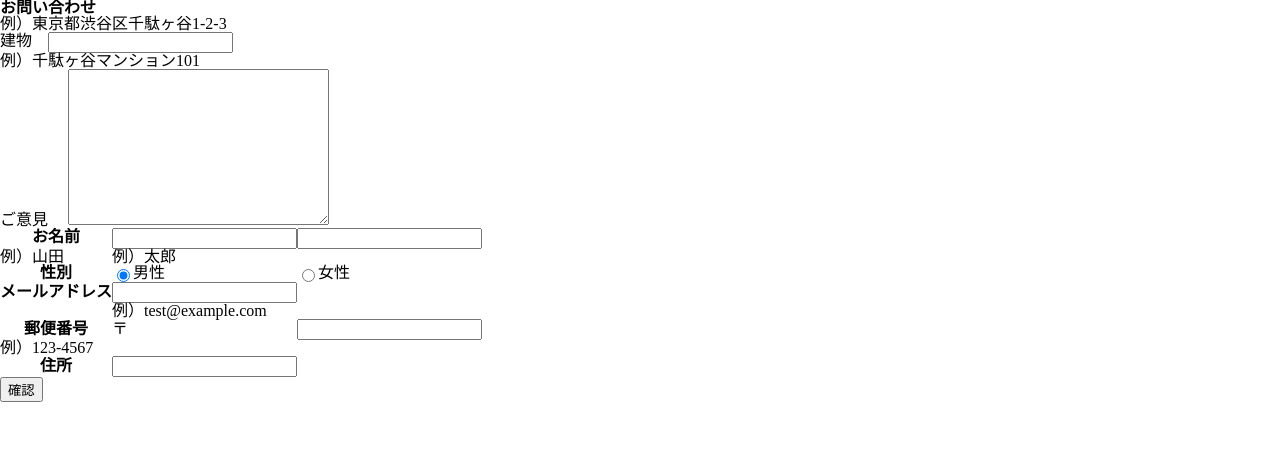
Repository: 1000sky/20220728majima
Page: http://localhost/contact
The author's editor kept a copy of each file at every save. The page is drawn from the files as they stood at one save, then again after the next save.
The browser window is 1280 px wide. The pictures show the whole page.
The page is served by the project's Laravel application, run on PHP 8.4 with Laravel 8. Other server files are loaded and not shown. Queries for data that is not in the repository find no rows.

Above is the page before, as saved 2022-07-28 00:01:34.

### advance-test/routes/web.php
<?php

use Illuminate\Support\Facades\Route;
use App\Http\Controllers\ContactController;

/*
|--------------------------------------------------------------------------
| Web Routes
|--------------------------------------------------------------------------
|
| Here is where you can register web routes for your application. These
| routes are loaded by the RouteServiceProvider within a group which
| contains the "web" middleware group. Now create something great!
|
*/

/*Route::get('/', function () {
    return view('welcome');
});*/

Route::get('/', [ContactController::class, 'index']);
Route::post('/', [ContactController::class, 'post']);

Route::get('/contact', [ContactController::class, 'contact']);
Route::post('/create', [ContactController::class, 'create']);


Route::get('/confirmation',[ContactController::class, 'confirmation']);

Route::get('/management', [ContactController::class, 'page']);

### advance-test/app/Http/Controllers/ContactController.php
<?php

namespace App\Http\Controllers;

use Illuminate\Http\Request;
use App\Http\Requests\ClientRequest;
use App\Models\Contact;

class ContactController extends Controller
{
    public function index(Request $request)
    {
        return view('contact');
    }

    public function post(ClientRequest $request)
    {
        return view('contact');
    }

    public function contact()
    {
        $items = Contact::all();
        return view('contact', ['items' => $items]);
    }

    public function create(Request $request)
    {
        $this->validate($request, Contact::$rules);
        $form = $request->all();
        Contact::create($form);
        return redirect('/create');
    }


    //confirmation
    public function confirmation()
    {
        $items = Contact::all();
        return view('confirmation', ['items' => $items]);
    }

    //management
    public function management()
    {
        $items = Contact::all();
        return view('management', ['items' => $items]);
    }
    public function search(Request $request)
    {
        $item = Contact::where('name','gender','created_at','LIKE BINARY',"%{$request->input}%")->get();
        $param = [
            'input' => $request->input,
            'item' => $item
        ];
        return view('management', $param);
    }

    public function page()
    {
        $items = Contact::Paginate(10);
        return view('management', ['items' => $items]);
    }

}

### advance-test/app/Models/Contact.php
<?php

namespace App\Models;

use Illuminate\Database\Eloquent\Factories\HasFactory;
use Illuminate\Database\Eloquent\Model;

class Contact extends Model
{
    use HasFactory;

    protected $fillable = ['fullname', 'gender', 'email','postcode','address','building_name','opinion'];

    public static $rules = array(
        'fullname' => 'required',
        'gender' => 'required',
        'email' => 'required|email',
        'postcode' => 'required|max:8|/^[a-zA-Z0-9\-]+$/u',
        'address' => 'required|regex:/^[a-zA-Z0-9]+$/',
        'building-name' => 'regex:/^[a-zA-Z0-9]+$/',
        'opinion' => 'required|max:120',
    );
}

### advance-test/resources/views/contact.blade.php
<!DOCTYPE html>
<html lang="ja">
<head>
    <meta charset="UTF-8">
    <meta name="viewport" content="width=device-width, initial-scale=1.0">
    <meta http-equiv="X-UA-Compatible" content="ie=edge">
    <title>Advance-Test</title>
    <link rel="stylesheet" href="css/reset.css" />
    <link rel="stylesheet" href="css/contact.css" />
</head>
<body>
    <h1>お問い合わせ</h1>

    @if (count($errors) > 0)
    <ul>
      @foreach ($errors->all() as $error)
        <li>{{$error}}</li>
      @endforeach
    </ul>
    @endif

    <form action="/create" method="POST">

      <table>
        @csrf
        <tr>
           <th><label>お名前</label></th>

           <td><input type="text" name="fullname"></td><td><input type="text" name="fullname"></td>
        </tr>
        <tr>
           <td><p>例）山田</p></td> <td><p>例）太郎</p></td>
        </tr>

        @if ($errors->has('fullname'))
        <tr>
          <th>ERROR</th>
          <td>
            {{$errors->first('fullname')}}
          </td>
        </tr>
        @endif

        <tr>
        <th><label>性別 </label></th>
        <td><input type="radio" name="gender" checked="checked"><label for="">男性</label></td>
        <td><input type="radio" name="gender"><label for="">女性</label></td>
        </tr>

        @if ($errors->has('gender'))
        <tr>
          <th>ERROR</th>
          <td>
            {{$errors->first('gender')}}
          </td>
        </tr>
        @endif

        <tr>
          <th><label for="">メールアドレス</label></th>
          <td><input type="text"><P>例）test@example.com</P></th>
        </tr>

        @if ($errors->has('email'))
        <tr>
          <th>ERROR</th>
          <td>
            {{$errors->first('email')}}
          </td>
        </tr>
        @endif

        <tr>
          <th><label for="">郵便番号</label></th>
          <td><div>〒</div></td><td><input type="text"></td>
        </tr>
        <tr>
          <td><p>例）123-4567</p></td>
        </tr>


        <tr>
           <th><label for="">住所</label></th>
           <td><input type="text" style="ime-mode:disabled;"></td>
        </tr>
        <tr>
           <p>例）東京都渋谷区千駄ヶ谷1-2-3</p>
        </tr>

        <tr>
        <label for="">
            建物　<input type="text"><p>例）千駄ヶ谷マンション101</p>
        </label>
        </tr>

        <tr>
        <label for="">
            ご意見　 <textarea name="opinion" cols="30" rows="10"></textarea>
        </label>
        </tr>
      </table>


        <button type="submit">確認</button>
 {{--       <!--同じページでリンク先が開く-->
<input type="button" value="リンク" onClick="location.href='http://google.com'">

 <!--新しいタブでリンク先が開く-->
<input type="button" value="リンク" onClick="window.open('http://google.com')">
--}}


{{-- <FORM>
    テキストボックス
    <input type="text" value="" onInput="checkForm(this)">

    テキストエリア
    <textarea rows="2" onInput="checkForm(this)"></textarea>
    </FORM>

    <script type="text/javascript">
    <!--
    function checkForm($this)
    {
        var str=$this.value;
        while(str.match(/[^A-Z^a-z\d\-]/))
        {
            str=str.replace(/[^A-Z^a-z\d\-]/,"");
        }
        $this.value=str;
    }
    //-->
    </script>

    --}}

    </form>


</body>
</html>

Loaded but not shown: advance-test/app/Http/Controllers/Controller.php (common file); advance-test/public/css/reset.css (common file)

After the next save:
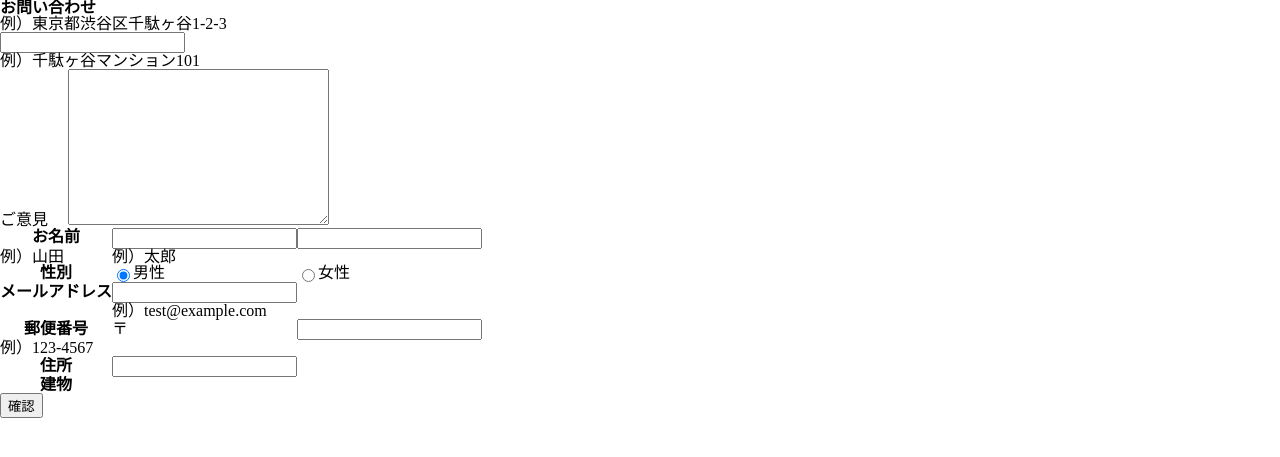
Saved 56 s later.
--- a/advance-test/resources/views/contact.blade.php
+++ b/advance-test/resources/views/contact.blade.php
@@ -88,8 +88,8 @@
         </tr>
 
         <tr>
-        <label for="">
-            建物　<input type="text"><p>例）千駄ヶ谷マンション101</p>
+         <th><label for="">建物</th>
+          <input type="text"><p>例）千駄ヶ谷マンション101</p>
         </label>
         </tr>
 
